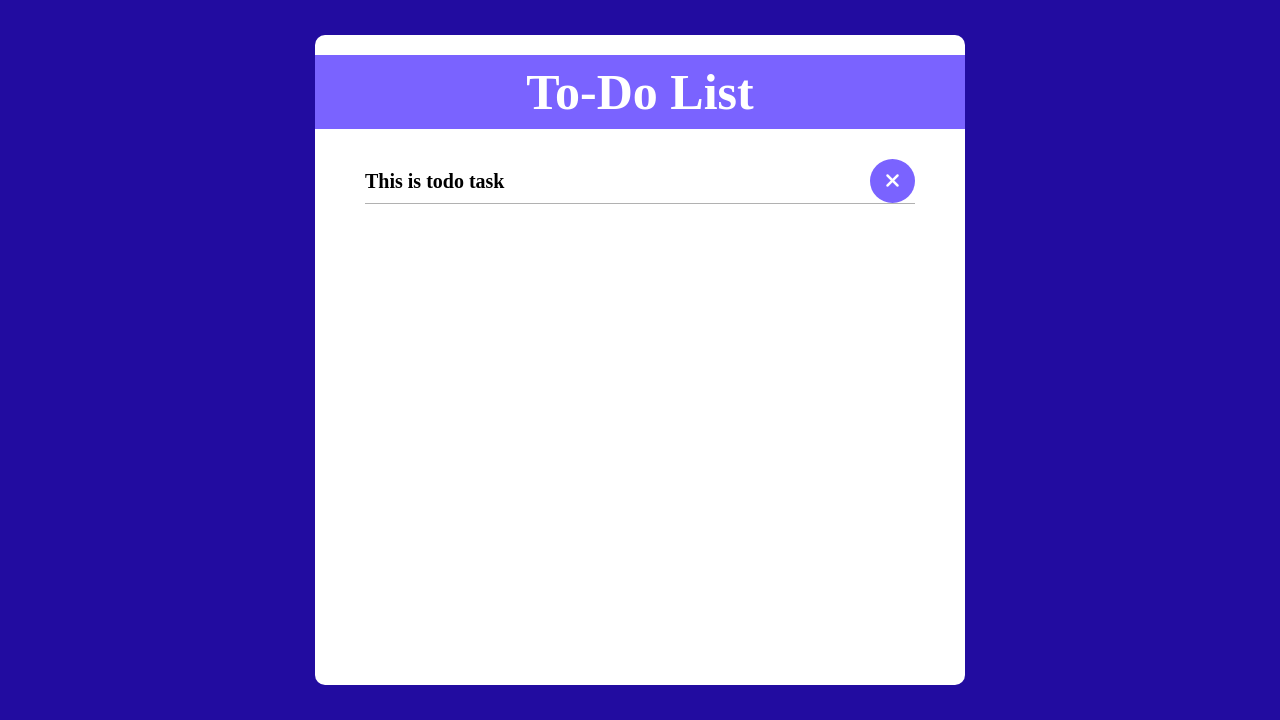
Repository: AliHassan02-Dev/To-Do-App
Page: /
An editor plug-in stored every save of this project. The page is shown before and after the next save, followed by the edit.
The browser window is 1280 px wide. The pictures show the whole page.
Some web libraries are served in a nearby version. The project was rebuilt for these pictures with package versions that can differ from the ones it lists, and the page was loaded fresh each time. Also part of the build but not shown: vite.config.js.

Above is the page before, as saved 2024-10-28 11:45:31.

### src/App.css
* {
  margin: 0;
  padding: 0;
  box-sizing: border-box;
  font-family: poppins;
}

.mainWrapper {
  width: 100%;
  height: 100vh;
  background-color: rgb(34, 12, 160);
  display: flex;
  justify-content: center;
  flex-direction: column;
}

.mainWrapper .container {
  width: 100%;
  max-width: 650px;
  height: 650px;
  background-color: white;
  margin: auto;
  border-radius: 10px;
}

.mainWrapper .container .topBar {
  margin: 20px 0px;
}

.mainWrapper .container .topBar h2 {
  width: 100%;
  text-align: center;
  background-color: rgb(122, 99, 255);
  font-size: 50px;
  padding: 8px;
  color: white;
}

.mainWrapper .container .bottomBar {
  margin: 20px 0px;
  padding: 10px 50px;
}

.mainWrapper .container .bottomBar ol {
  list-style-type: none;
}

.mainWrapper .container .bottomBar .taskList {
  width: 100%;
  flex-wrap: nowrap;
  display: flex;
  justify-content: space-between;
  align-items: center;
  border-bottom: 1px solid rgba(100, 100, 100, 0.5);
}

.mainWrapper .container .bottomBar .taskList li {
  font-size: 20px;
  font-weight: 600;
}

.mainWrapper .container .bottomBar .taskList span {
  color: white;
  background-color: rgb(122, 99, 255);
  padding: 12px 15px;
  font-size: 20px;
  border-radius: 100%;
  cursor: pointer;
}

### src/App.jsx
import React from "react";

const App = () => {
  return (
    <div className="mainWrapper">
      <div className="container">
        <div className="topBar">
          <h2>To-Do List</h2>
        </div>
        <div className="bottomBar">
          <ol>
            <div className="taskList">
              <li>This is todo task</li>
              <span class="fa-solid fa-xmark"></span>
            </div>
          </ol>
        </div>
      </div>
    </div>
  );
};

export default App;

Loaded but not shown: index.html (common file); src/main.jsx (common file)

After the next save:
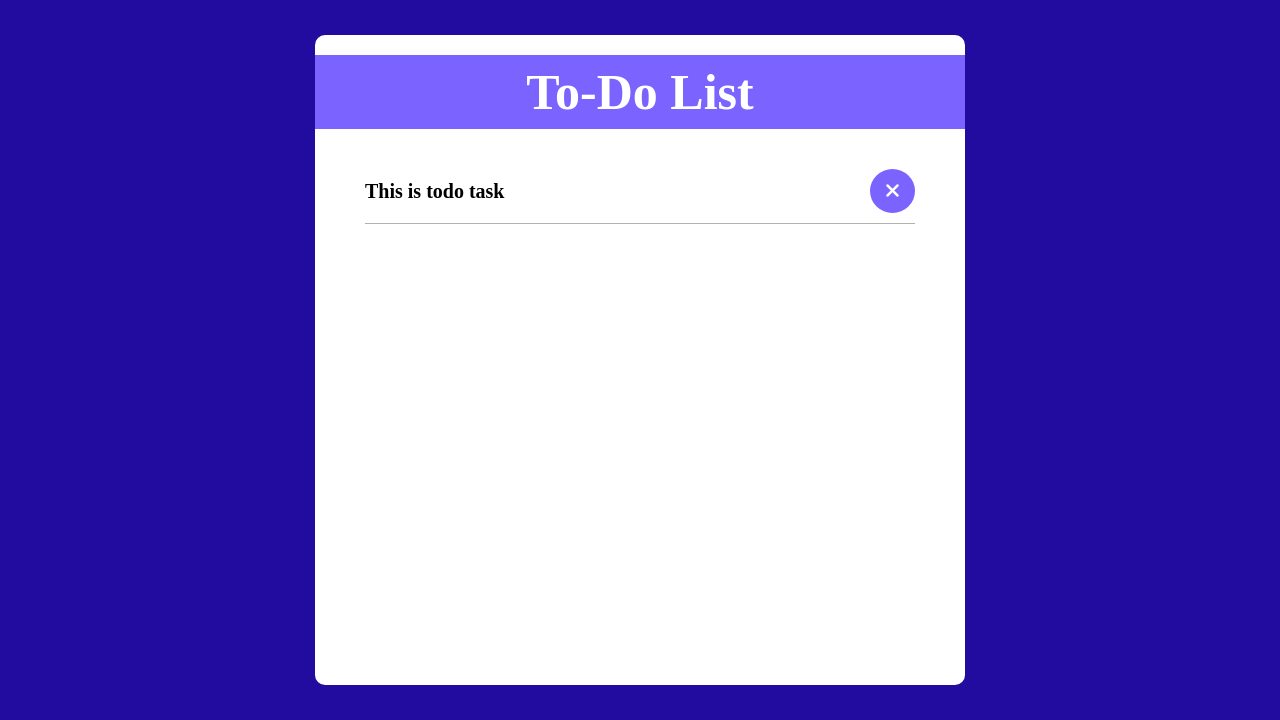
Saved 9 s later.
--- a/src/App.css
+++ b/src/App.css
@@ -52,6 +52,7 @@
   justify-content: space-between;
   align-items: center;
   border-bottom: 1px solid rgba(100, 100, 100, 0.5);
+  padding: 10px 0px;
 }
 
 .mainWrapper .container .bottomBar .taskList li {
